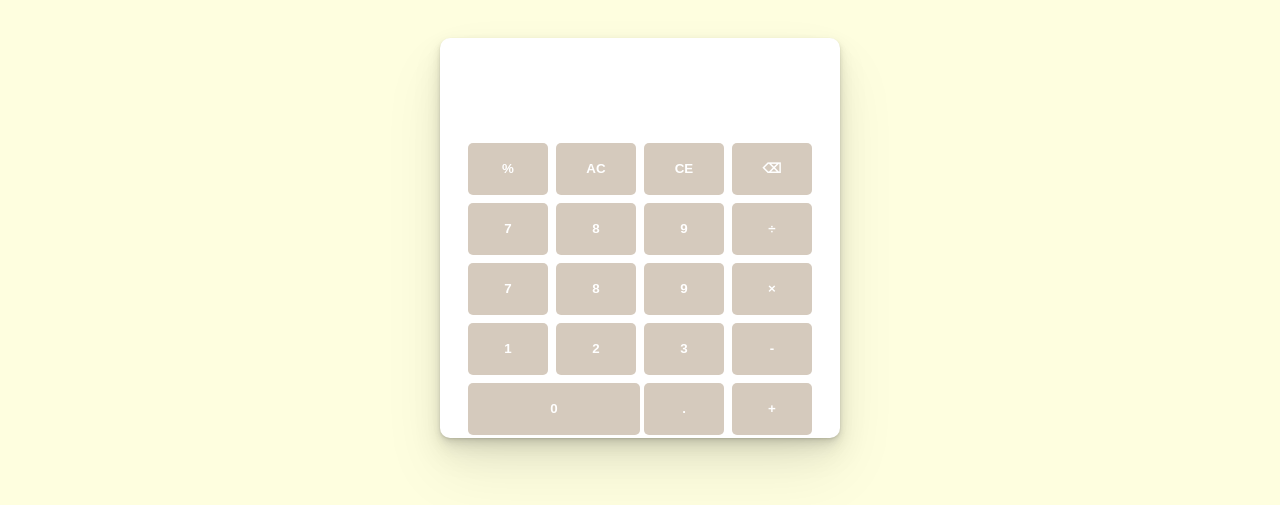
Repository: JeongminHW/Web_study
Page: HTML/myHTML/src/main/webapp/project/calculator.html
An editor plug-in stored every save of this project. The page is shown before and after the next save, followed by the edit.
The browser window is 1280 px wide. The pictures show the whole page.

Above is the page before, as saved 2024-07-12 02:53:44.

After the next save:
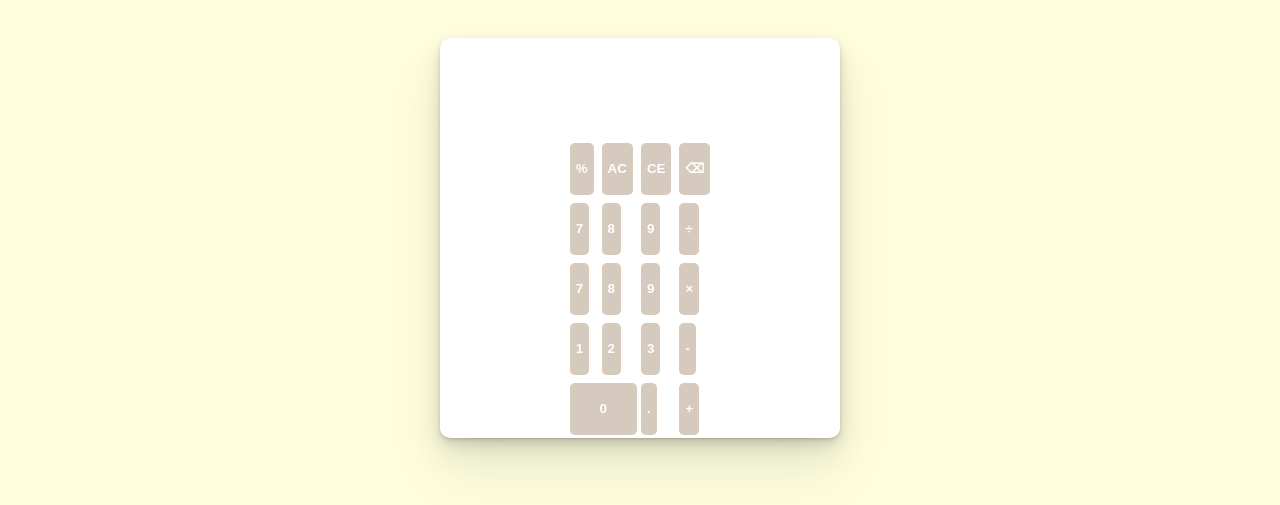
Saved 75 s later.
--- a/HTML/myHTML/src/main/webapp/project/style.css
+++ b/HTML/myHTML/src/main/webapp/project/style.css
@@ -40,7 +40,6 @@
 	display: block;
 	position: relative;
 	float: left;
-	width: 80px;
 	/* margin: 10px 20px 10px 0; */
 	font-weight: 600;
 	text-align: center;

After the save that followed:
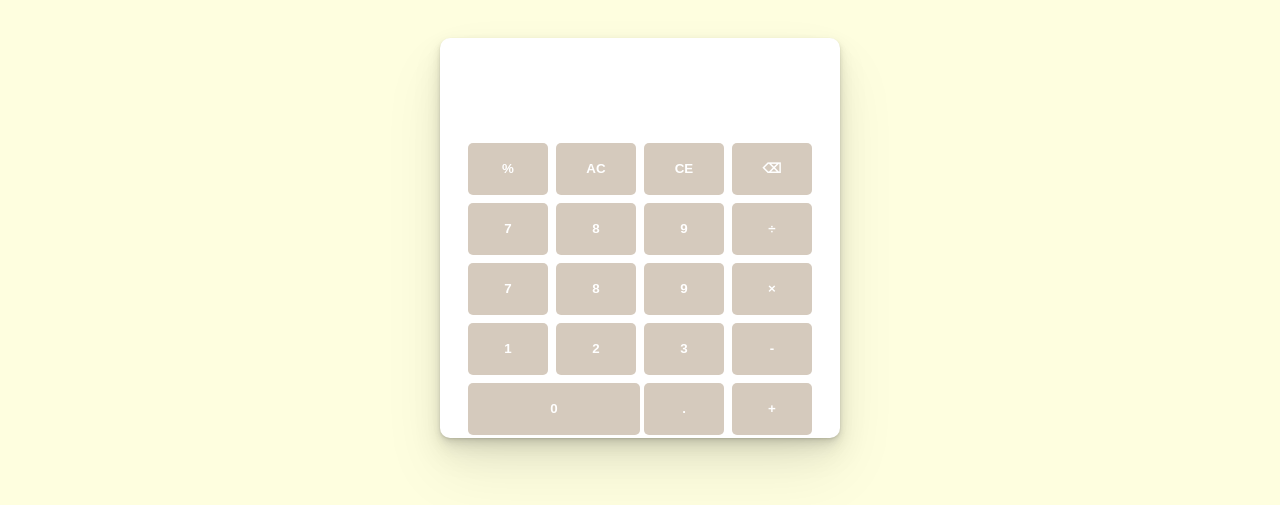
Saved 11 s later.
--- a/HTML/myHTML/src/main/webapp/project/style.css
+++ b/HTML/myHTML/src/main/webapp/project/style.css
@@ -40,6 +40,7 @@
 	display: block;
 	position: relative;
 	float: left;
+	width: 80px;
 	/* margin: 10px 20px 10px 0; */
 	font-weight: 600;
 	text-align: center;
